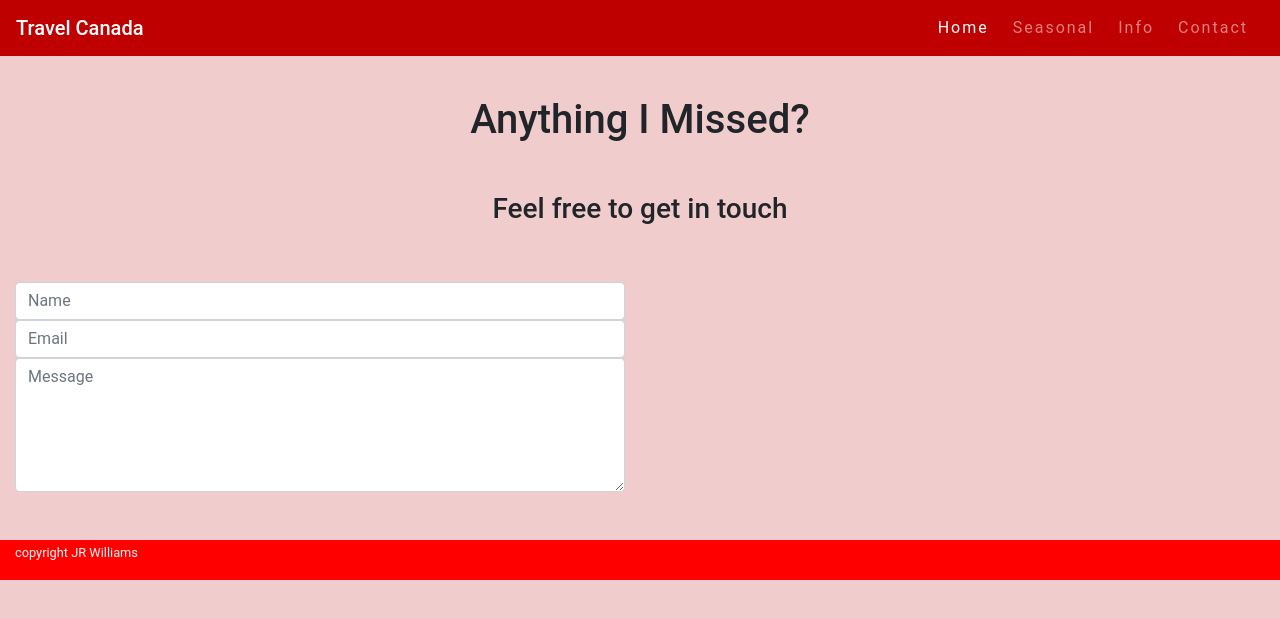
Repository: JonWil91/Travel-Canada
Page: contact.html
The author's editor kept a record of every edit. The page is drawn from the files as they stood at one moment, then again after the next edit.
The browser window is 1280 px wide. The pictures show the whole page.
Some web libraries are served in a nearby version.

Above is the page before.

After the next edit:
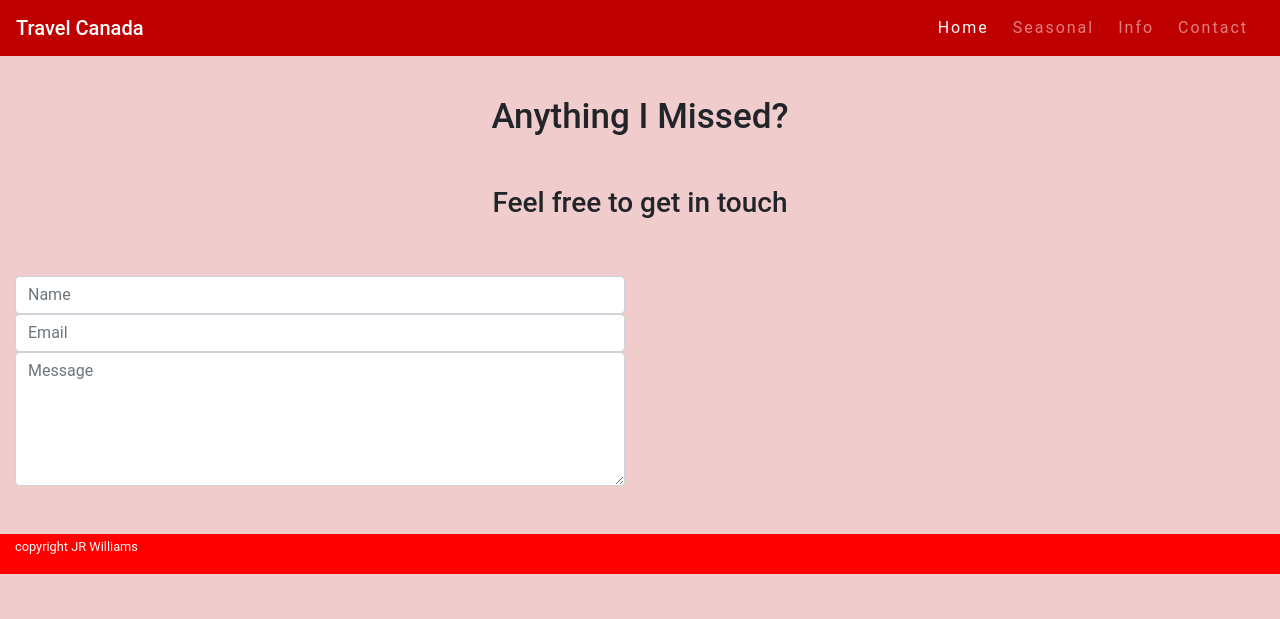
The edit:
--- a/css/style.css
+++ b/css/style.css
@@ -22,6 +22,10 @@
     background-color: transparent;
     margin-top: 30px;
     color: #fafafa;
+}
+
+.jumbotron-header {
+    font-size: 35px;
 }
 
 .lead {
